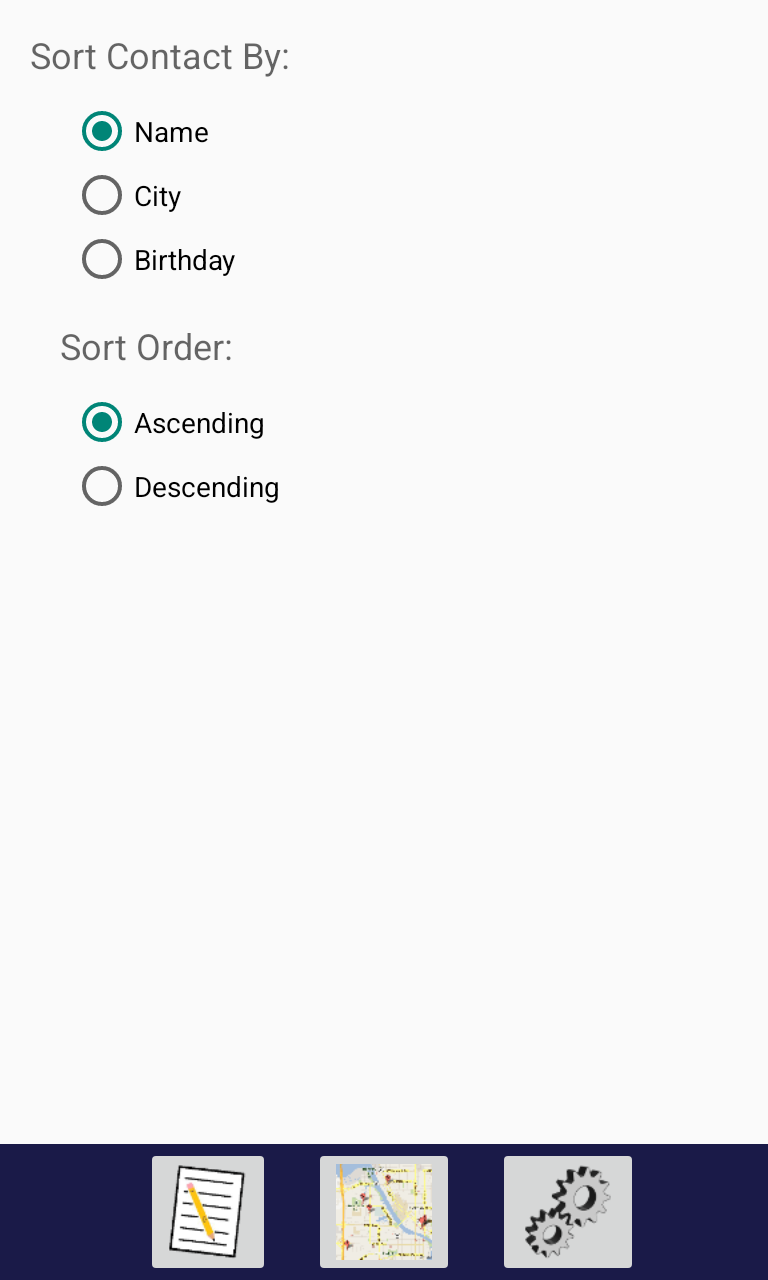
Repository: MobileApps-Cascadia/JenniferBronson_ExercisesChapter5
Layout: MyContactList/res/layout/activity_contact_settings.xml
These files come from the project's save history. The layout is drawn as it stood at one moment and after the next save; the edit follows.
It is drawn on a 768 x 1280 px phone screen (xhdpi) without system bars, with theme AppTheme; the app's code is not run.

Above is the layout before, as saved 2014-05-03 03:09:02.

After the next save:
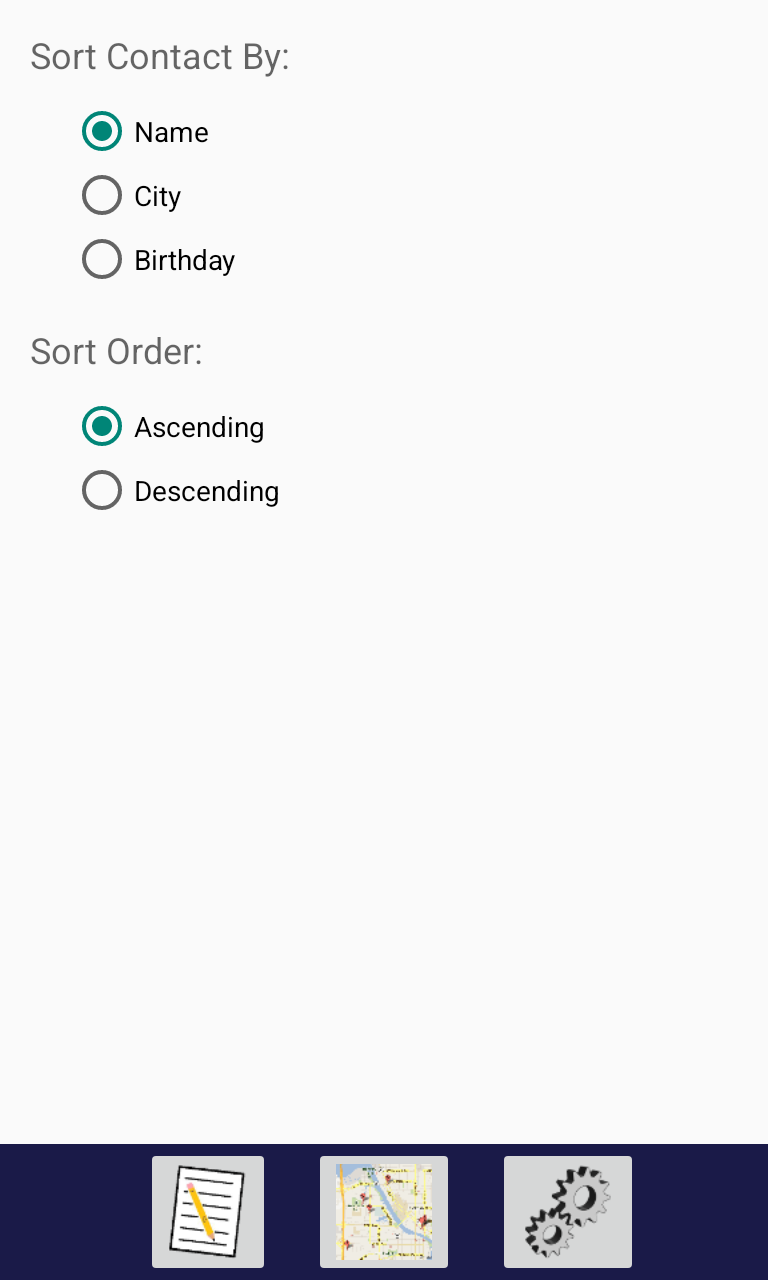
Saved 5 min 57 s later.
--- a/MyContactList/res/layout/activity_contact_settings.xml
+++ b/MyContactList/res/layout/activity_contact_settings.xml
@@ -52,7 +52,7 @@
         android:textAppearance="?android:attr/textAppearanceMedium" />
 
     <RadioGroup
-        android:id="@+id/radioGroup2"
+        android:id="@+id/radioGroup1"
         android:layout_width="wrap_content"
         android:layout_height="wrap_content"
         android:layout_alignParentLeft="true"
@@ -80,21 +80,18 @@
             android:text="Birthday" />
     </RadioGroup>
 
-    <TextView
-        android:id="@+id/textView2"
-        android:layout_width="wrap_content"
-        android:layout_height="wrap_content"
-        android:layout_alignLeft="@+id/textView1"
-        android:layout_below="@+id/radioGroup2"
-        android:layout_marginLeft="15dp"
-        android:layout_marginTop="15dp"
-        android:text="Sort Order:"
-        android:textAppearance="?android:attr/textAppearanceMedium" />
-
-
+  <TextView
+        android1:id="@+id/textView2"
+        android1:layout_width="wrap_content"
+        android1:layout_height="wrap_content"
+        android1:layout_alignLeft="@+id/textView1"
+        android1:layout_below="@+id/radioGroup1"
+        android1:layout_marginTop="17dp"
+        android1:text="Sort Order:"
+        android1:textAppearance="?android:attr/textAppearanceMedium" />
 
     <RadioGroup
-        android:id="@+id/radioGroup4"
+        android:id="@+id/radioGroup2"
         android:layout_marginLeft="35dp"
         android:layout_marginTop="10dp"
         android:layout_width="wrap_content"
@@ -118,4 +115,6 @@
 
     </RadioGroup>
 
+
+
 </RelativeLayout>
